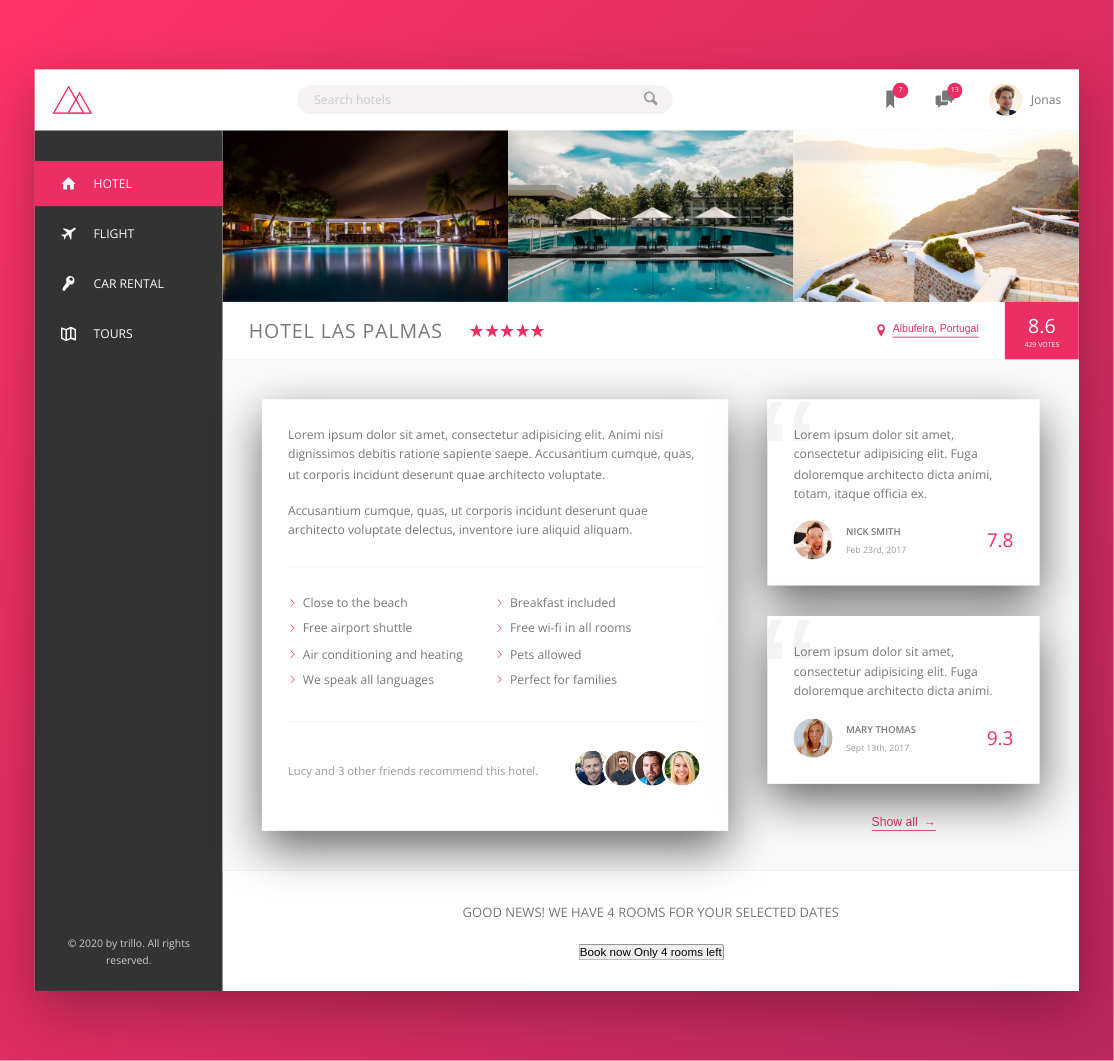
Repository: Lithium87/Trillo
Page: index.html
These files come from the project's save history. The page is drawn as it stood at one moment and after the next save; the edit follows.
The browser window is 1280 px wide. The pictures show the whole page, at 87% of full size.
The style sheet was rebuilt from its Sass, Less or Tailwind sources for each picture, by a compiler version that may differ from the author's.

Above is the page before, as saved 2020-05-17 14:16:36.

### index.html
<!DOCTYPE html>
<html lang="en">

<head>
    <meta charset="UTF-8">
    <meta name="viewport" content="width=device-width, initial-scale=1.0">

    <link href="https://fonts.googleapis.com/css?family=Open+Sans:300,400,600" rel="stylesheet">
    <link rel="stylesheet" href="css/style.css">
    <link rel="shortcut icon" type="image/png" href="img/favicon.png">

    <title>trillo &mdash; Your all-in-one booking app</title>
</head>

<body>
    <div class="container">
        <header class="header">
            <img src="img/logo.png" alt="Trillo logo" class="logo">
            <form action="#" class="search">
                <input type="text" class="search__input" placeholder="Search hotels">
                <button class="search__button">
                    <svg class="search__icon">
                        <use xlink:href="img/sprite.svg#icon-magnifying-glass"></use>
                    </svg>
                </button>
            </form>

            <nav class="user-nav">
                <div class="user-nav__icon-box">
                    <svg class="user-nav__icon">
                        <use xlink:href="img/sprite.svg#icon-bookmark"></use>
                    </svg>
                    <span class="user-nav__notification">7</span>
                </div>
                <div class="user-nav__icon-box">
                    <svg class="user-nav__icon">
                        <use xlink:href="img/sprite.svg#icon-chat"></use>
                    </svg>
                    <span class="user-nav__notification">13</span>
                </div>
                <div class="user-nav__user">
                    <img src="img/user.jpg" alt="User photo" class="user-nav__user-photo">
                    <span class="user-nav__user-name">Jonas</span>
                </div>
            </nav>
        </header>
        <div class="content">
            <nav class="sidebar">
                <ul class="side-nav">
                    <li class="side-nav__item side-nav__item--active">
                        <a href="#" class="side-nav__link">
                            <svg class="side-nav__icon">
                                <use xlink:href="img/stripe.svg#icon-home"></use>
                            </svg>
                            <span>Hotel</span>
                        </a>
                    </li>
                    <li class="side-nav__item">
                        <a href="#" class="side-nav__link">
                            <svg class="side-nav__icon">
                                <use xlink:href="img/stripe.svg#icon-aircraft"></use>
                            </svg>
                            <span>Flight</span>
                        </a>
                    </li>
                    <li class="side-nav__item">
                        <a href="#" class="side-nav__link">
                            <svg class="side-nav__icon">
                                <use xlink:href="img/stripe.svg#icon-key"></use>
                            </svg>
                            <span>Car rental</span>
                        </a>
                    </li>
                    <li class="side-nav__item">
                        <a href="#" class="side-nav__link">
                            <svg class="side-nav__icon">
                                <use xlink:href="img/stripe.svg#icon-map"></use>
                            </svg>
                            <span>Tours</span>
                        </a>
                    </li>
                </ul>
                <div class="legal">
                    &copy; 2020 by trillo. All rights reserved.
                </div>
            </nav>
            <main class="hotel-view">
                <div class="gallery">
                    <figure class="gallery__item">
                        <img src="img/hotel-1.jpg" alt="Photo of hotel 1" class="gallery__photo">
                    </figure>
                    <figure class="gallery__item">
                        <img src="img/hotel-2.jpg" alt="Photo of hotel 2" class="gallery__photo">
                    </figure>
                    <figure class="gallery__item">
                        <img src="img/hotel-3.jpg" alt="Photo of hotel 3" class="gallery__photo">
                    </figure>
                </div>
                <div class="overview">
                    <h1 class="overview__heading">Hotel Las Palmas</h1>
                    <div class="overview__stars">
                        <svg class="overview__icon-star">
                            <use xlink:href="img/stripe.svg#icon-star"></use>
                        </svg>
                        <svg class="overview__icon-star">
                            <use xlink:href="img/stripe.svg#icon-star"></use>
                        </svg>
                        <svg class="overview__icon-star">
                            <use xlink:href="img/stripe.svg#icon-star"></use>
                        </svg>
                        <svg class="overview__icon-star">
                            <use xlink:href="img/stripe.svg#icon-star"></use>
                        </svg>
                        <svg class="overview__icon-star">
                            <use xlink:href="img/stripe.svg#icon-star"></use>
                        </svg>
                    </div>
                    <div class="overview__location">
                        <svg class="overview__icon-location">
                            <use xlink:href="img/stripe.svg#icon-location-pin"></use>
                        </svg>
                        <button class="btn-inline">Albufeira, Portugal</button>
                    </div>
                    <div class="overview__rating">
                        <div class="overview__rating-average">8.6</div>
                        <div class="overview__rating-count">429 votes</div>
                    </div>
                </div>
                <div class="detail">
                    <div class="description">
                        <p class="paragraph">
                            Lorem ipsum dolor sit amet, consectetur adipisicing elit. Animi nisi dignissimos debitis ratione sapiente saepe. Accusantium cumque, quas, ut corporis incidunt deserunt quae architecto voluptate.
                        </p>
                        <p class="paragraph">
                            Accusantium cumque, quas, ut corporis incidunt deserunt quae architecto voluptate delectus, inventore iure aliquid aliquam.
                        </p>
                        <ul class="list">
                            <li class="list__item">Close to the beach</li>
                            <li class="list__item">Breakfast included</li>
                            <li class="list__item">Free airport shuttle</li>
                            <li class="list__item">Free wi-fi in all rooms</li>
                            <li class="list__item">Air conditioning and heating</li>
                            <li class="list__item">Pets allowed</li>
                            <li class="list__item">We speak all languages</li>
                            <li class="list__item">Perfect for families</li>
                        </ul>
                        <div class="recommend">
                            <p class="recommend__count">
                                Lucy and 3 other friends recommend this hotel.
                            </p>
                            <div class="recommend__friends">
                                <img src="img/user-3.jpg" alt="Friend 1" class="recommend__photo">
                                <img src="img/user-4.jpg" alt="Friend 2" class="recommend__photo">
                                <img src="img/user-5.jpg" alt="Friend 3" class="recommend__photo">
                                <img src="img/user-6.jpg" alt="Friend 4" class="recommend__photo">
                            </div>
                        </div>
                    </div>
                    <div class="user-reviews">
                        <figure class="review">
                            <blockquote class="review__text">
                                Lorem ipsum dolor sit amet, consectetur adipisicing elit. Fuga doloremque architecto dicta animi, totam, itaque officia ex.
                            </blockquote>
                            <figcaption class="review__user">
                                <img src="img/user-1.jpg" alt="User 1" class="review__photo">
                                <div class="review__user-box">
                                    <p class="review__user-name">Nick Smith</p>
                                    <p class="review__user-date">Feb 23rd, 2017</p>
                                </div>
                                <div class="review__rating">7.8</div>
                            </figcaption>
                        </figure>
                        <figure class="review">
                            <blockquote class="review__text">
                                Lorem ipsum dolor sit amet, consectetur adipisicing elit. Fuga doloremque architecto dicta animi.
                            </blockquote>
                            <figcaption class="review__user">
                                <img src="img/user-2.jpg" alt="User 2" class="review__photo">
                                <div class="review__user-box">
                                    <p class="review__user-name">Mary Thomas</p>
                                    <p class="review__user-date">Sept 13th, 2017</p>
                                </div>
                                <div class="review__rating">9.3</div>
                            </figcaption>
                        </figure>
                        <button class="btn-inline">Show all <span>&rarr;</span></button>
                    </div>
                </div>
                <div class="cta">
                    <h2 class="cta__book-now">Good news! We have 4 rooms for your selected dates</h2>
                    <button class="btn">
                        <span class="btn__visible">Book now
                            <span class="btn__invisible">Only 4 rooms left</span>
                        </span>
                    </button>
                </div>
            </main>
        </div>
    </div>
</body>

</html>

### sass/_base.scss
:root {
    --color-primary: #eb2f64;
    --color-primary-light: #FF3366;
    --color-primary-dark: #BA265D;
    --color-grey-light-1: #faf9f9;
    --color-grey-light-2: #f4f2f2;
    --color-grey-light-3: #f0eeee;
    --color-grey-light-4: #ccc;
    --color-grey-dark-1: #333;
    --color-grey-dark-2: #777;
    --color-grey-dark-3: #999;
    --shadow-dark: 0 2rem 6rem rgba(0, 0, 0, .3);
    --shadow-light: 0 2rem 5rem rgba(0, 0, 0, .6);
    --line: 1px solid var(--color-grey-light-2);
}

* {
    margin: 0;
    padding: 0;
}

*,
*::before,
*::after {
    box-sizing: inherit;
}

html {
    box-sizing: border-box;
    font-size: 62.5%; // 1rem = 10px
}

body {
    font-family: 'Open Sans', sans-serif;
    font-weight: 400;
    line-height: 1.6;
    color: var(--color-grey-dark-2);
    background-image: linear-gradient(to right bottom, var(--color-primary-light), var(--color-primary-dark));
    background-size: cover;
    background-repeat: no-repeat;
    min-height: 100vh;
}

### sass/_layout.scss
.container {
    max-width: 120rem;
    margin: 8rem auto;
    background-color: var(--color-grey-light-1);
    box-shadow: var(--shadow-dark);
    min-height: 50rem;
}

.header {
    font-size: 1.4rem;
    height: 7rem;
    background-color: #fff;
    border-bottom: var(--line);
    display: flex;
    justify-content: space-between;
    align-items: center;
}

.content {
    display: flex;
}

.sidebar {
    background-color: var(--color-grey-dark-1);
    flex: 0 0 18%;
    display: flex;
    flex-direction: column;
    justify-content: space-between;
}

.hotel-view {
    background-color: #fff;
    flex: 1;
}

.detail {
    font-size: 1.4rem;
    display: flex;
    padding: 4.5rem;
    background-color: var(--color-grey-light-1);
    border-bottom: var(--line);
}

.description {
    background-color: #fff;
    box-shadow: var(--shadow-light);
    padding: 3rem;
    flex: 0 0 60%;
    margin-right: 4.5rem;
}

.user-reviews {
    flex: 1;
    display: flex;
    flex-direction: column;
    align-items: center;
}

### sass/_components.scss
///////////////////////
//LOGO
.logo {
    height: 3.25rem;
    margin-left: 2rem;
}

///////////////////////
//SEARCH BOX
.search {
    flex: 0 0 40%;
    display: flex;
    align-items: center;
    justify-content: center;
    &__input {
        font-family: inherit;
        font-size: inherit;
        color: inherit;
        background-color: var(--color-grey-light-2);
        border: none;
        padding: .7rem 2rem;
        border-radius: 100px;
        width: 90%;
        transition: all .2s;
        margin-right: -3.5rem;
        &:focus {
            outline: none;
            width: 100%;
            background-color: var(--color-grey-light-3);
        }
        &::-webkit-input-placeholder {
            font-weight: 100;
            color: var(--color-grey-light-4);
        }
    }
    &__input:focus+&__button {
        background-color: var(--color-grey-light-3);
    }
    &__button {
        border: none;
        background-color: var(--color-grey-light-2);
        &:focus {
            outline: none;
        }
        &:active {
            transform: translateY(2px);
        }
    }
    &__icon {
        height: 2rem;
        width: 2rem;
        fill: var(--color-grey-dark-3);
    }
}

///////////////////////
//USER NAVIGATION
.user-nav {
    align-self: stretch;
    display: flex;
    align-items: center;
    &>* {
        padding: 0 2rem;
        cursor: pointer;
        height: 100%;
        display: flex;
        align-items: center;
    }
    &>*:hover {
        background-color: var(--color-grey-light-2);
    }
    &__icon-box {
        position: relative;
    }
    &__icon {
        height: 2.25rem;
        width: 2.25rem;
        fill: var(--color-grey-dark-2);
    }
    &__notification {
        font-size: .8rem;
        height: 1.75rem;
        width: 1.75rem;
        border-radius: 50%;
        background-color: var(--color-primary);
        color: #fff;
        position: absolute;
        top: 1.5rem;
        right: 1.1rem;
        display: flex;
        justify-content: center;
        align-items: center;
    }
    &__user-photo {
        height: 3.75rem;
        border-radius: 50%;
        margin-right: 1rem;
    }
}

///////////////////////
//SIDE NAVIGATION
.side-nav {
    font-size: 1.4rem;
    list-style: none;
    margin-top: 3.5rem;
    &__item {
        position: relative;
        &:not(:last-child) {
            margin-bottom: .5rem;
        }
    }
    &__item::before {
        content: "";
        position: absolute;
        top: 0;
        left: 0;
        height: 100%;
        width: 3px;
        background-color: var(--color-primary);
        transform: scaleY(0);
        transition: transform .2s, width .4s cubic-bezier(1, 0, 0, 1) .2s, background-color .1s;
    }
    &__item:hover::before,
    &__item--active::before {
        transform: scaleY(1);
        width: 100%;
    }
    &__item:active::before {
        background-color: var(--color-primary-light);
    }
    &__link:link,
    &__link:visited {
        color: var(--color-grey-light-1);
        text-decoration: none;
        text-transform: uppercase;
        display: block;
        padding: 1.5rem 3rem;
        position: relative;
        z-index: 10;
        display: flex;
        align-items: center;
    }
    &__icon {
        width: 1.75rem;
        height: 1.75rem;
        margin-right: 2rem;
        fill: currentColor;
    }
}

///////////////////////
//LEGAL TEXT
.legal {
    font-size: 1.2rem;
    color: var(--color-grey-light-4);
    text-align: center;
    padding: 2.5rem;
}

///////////////////////
//GALLERY
.gallery {
    display: flex;
    &__photo {
        width: 100%;
        display: block;
    }
}

///////////////////////
//HOTEL OVERVIEW
.overview {
    display: flex;
    align-items: center;
    border-bottom: var(--line);
    &__heading {
        font-size: 2.25rem;
        font-weight: 300;
        text-transform: uppercase;
        letter-spacing: 1px;
        padding: 1.5rem 3rem;
    }
    &__stars {
        margin-right: auto;
        display: flex;
    }
    &__icon-star,
    &__icon-location {
        width: 1.75rem;
        height: 1.75rem;
        fill: var(--color-primary);
    }
    &__location {
        font-size: 1.2rem;
        display: flex;
        align-items: center;
    }
    &__icon-location {
        margin-right: .5rem;
    }
    &__rating {
        background-color: var(--color-primary);
        color: #fff;
        margin-left: 3rem;
        padding: 0 2.25rem;
        align-self: stretch;
        display: flex;
        flex-direction: column;
        align-items: center;
        justify-content: center;
    }
    &__rating-average {
        font-size: 2.25rem;
        font-weight: 300;
        margin-bottom: -3px;
    }
    &__rating-count {
        font-size: .8rem;
        text-transform: uppercase;
    }
}

///////////////////////
//BUTTON INLINE
.btn-inline {
    border: none;
    color: var(--color-primary);
    font-size: inherit;
    border-bottom: 1px solid currentColor;
    padding-bottom: 2px;
    display: inline-block;
    background-color: transparent;
    cursor: pointer;
    transition: all .2s;
    span {
        margin-left: 3px;
        transition: margin-left .2s;
    }
    &:hover {
        color: var(--color-grey-dark-1);
        span {
            margin-left: 8px;
        }
    }
    &:focus {
        outline: none;
        animation: pulsate 1s infinite;
    }
}

@keyframes pulsate {
    0% {
        transform: scale(1);
        box-shadow: none;
    }
    50% {
        transform: scale(1.05);
        box-shadow: 0 1rem 4rem rgba(0, 0, 0, .25);
    }
    100% {
        transform: scale(1);
        box-shadow: none;
    }
}

///////////////////////
//PARAGRAPH
.paragraph:not(:last-of-type) {
    margin-bottom: 2rem;
}

///////////////////////
//LIST
.list {
    list-style: none;
    margin: 3rem 0;
    padding: 3rem 0;
    border-top: var(--line);
    border-bottom: var(--line);
    display: flex;
    flex-wrap: wrap;
    &__item {
        flex: 0 0 50%;
        margin-bottom: .7rem;
    }
    &__item::before {
        content: "";
        display: inline-block;
        height: 1rem;
        width: 1rem;
        margin-right: .7rem;
        //Older browsers
        //background-image: url(../img/chevron-thin-right.svg);
        //background-size: cover;
        //Newer browsers - masks
        background-color: var(--color-primary);
        -webkit-mask-image: url(../img/chevron-thin-right.svg);
        -webkit-mask-size: cover;
        mask-image: url(../img/chevron-thin-right.svg);
        mask-size: cover;
    }
}

///////////////////////
//RECOMMEND
.recommend {
    font-size: 1.3rem;
    color: var(--color-grey-dark-3);
    display: flex;
    align-items: center;
    &__count {
        margin-right: auto;
    }
    &__photo {
        box-sizing: content-box;
        height: 4rem;
        width: 4rem;
        border-radius: 50%;
        border: 3px solid #fff;
        &:not(:last-child) {
            margin-right: -1.5rem;
        }
    }
}

///////////////////////
//REVIEWS
.review {
    background-color: #fff;
    box-shadow: var(--shadow-light);
    padding: 3rem;
    margin-bottom: 3.5rem;
    position: relative;
    overflow: hidden;
    &__text {
        margin-bottom: 2rem;
        z-index: 10;
        position: relative;
    }
    &__user {
        display: flex;
        align-items: center;
    }
    &__photo {
        height: 4.5rem;
        width: 4.5rem;
        border-radius: 50%;
        margin-right: 1.5rem;
    }
    &__user-box {
        margin-right: auto;
    }
    &__user-name {
        font-size: 1.1rem;
        font-weight: 600;
        text-transform: uppercase;
        margin-bottom: .4rem;
    }
    &__user-date {
        font-size: 1rem;
        color: var(--color-grey-dark-3);
    }
    &__rating {
        color: var(--color-primary);
        font-size: 2.2rem;
        font-weight: 300;
    }
    &::before {
        content: "\201C";
        position: absolute;
        top: -2.75rem;
        left: -1rem;
        line-height: 1;
        font-size: 20rem;
        color: var(--color-grey-light-2);
        font-family: sans-serif;
        z-index: 1;
    }
}

///////////////////////
//CALL TO ACTION
.cta {
    padding: 3.5rem 0;
    text-align: center;
    &__book-now {
        font-size: 1.5rem;
        font-weight: 300;
        text-transform: uppercase;
        margin-bottom: 2.5rem;
    }
}

Loaded but not shown: sass/main.scss (common file)

After the next save:
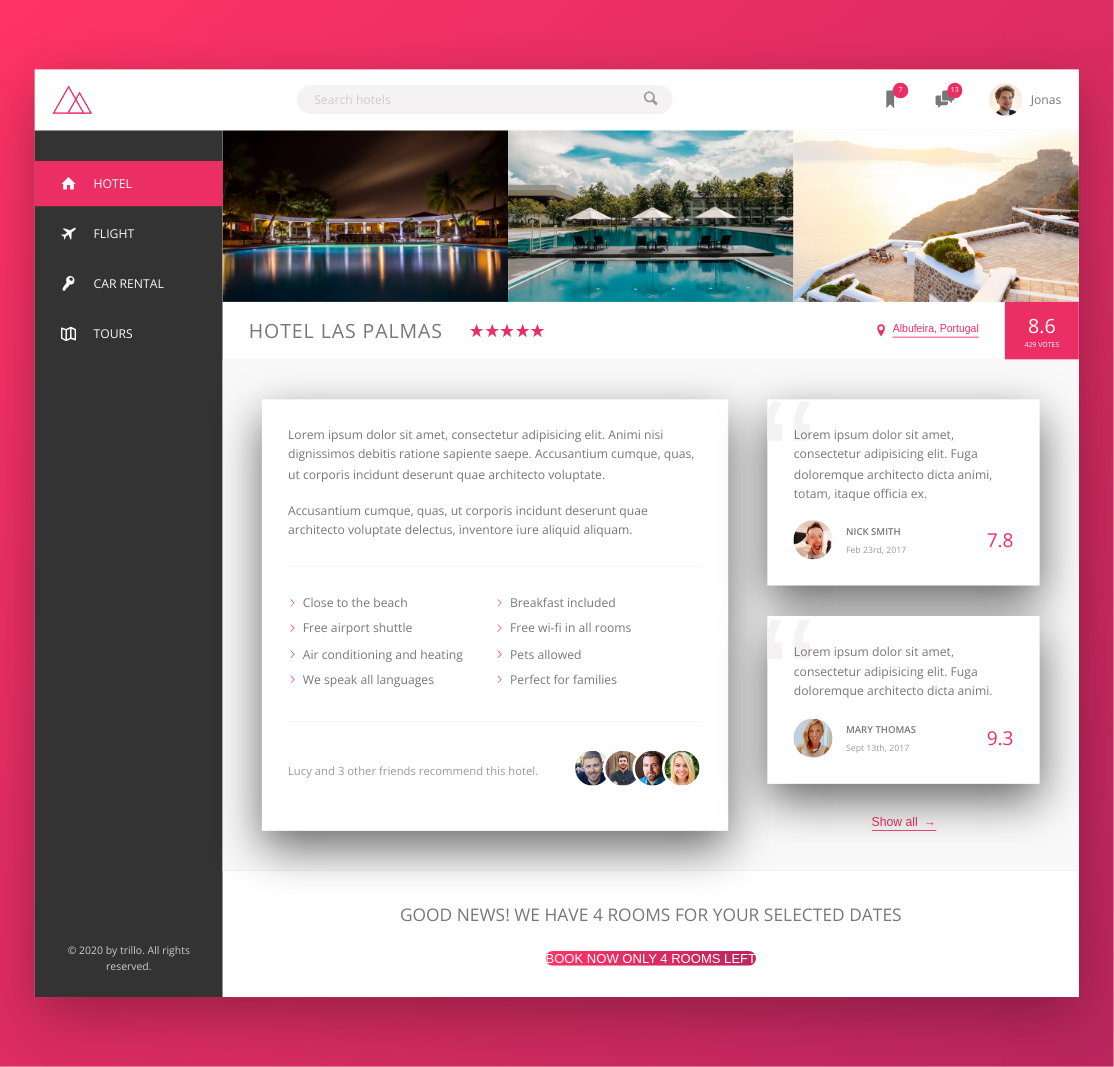
Saved 5 s later.
--- a/sass/_components.scss
+++ b/sass/_components.scss
@@ -385,9 +385,23 @@
     padding: 3.5rem 0;
     text-align: center;
     &__book-now {
-        font-size: 1.5rem;
+        font-size: 2rem;
         font-weight: 300;
         text-transform: uppercase;
         margin-bottom: 2.5rem;
     }
 }
+
+///////////////////////
+//CALL TO ACTION
+.btn {
+    font-size: 1.5rem;
+    font-weight: 300;
+    text-transform: uppercase;
+    border-radius: 100px;
+    border: none;
+    background-image: linear-gradient(to right, var(--color-primary-light), var(--color-primary-dark));
+    color: #fff;
+    &__visible {}
+    &__invisible {}
+}
